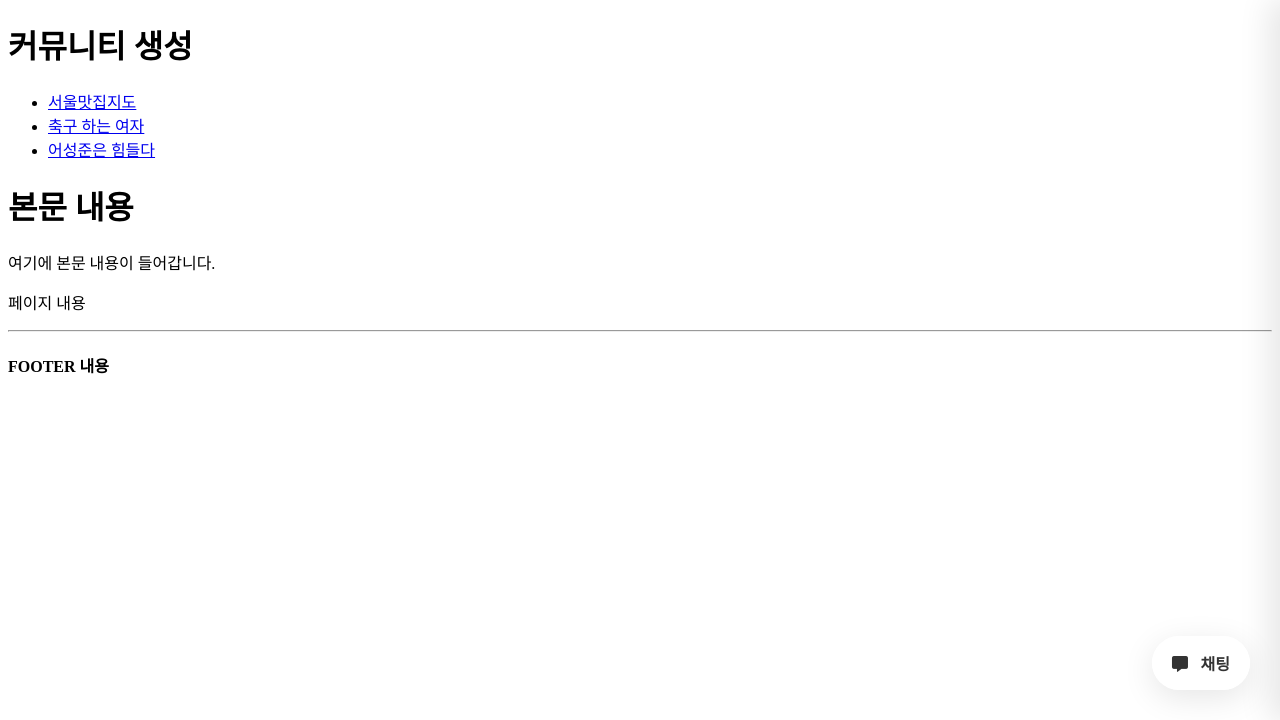
Repository: caramelpopcornKHU/JavaJSPProject
Page: http://localhost/FromJ/
These files come from the project's save history. The page is drawn as it stood at one moment and after the next save; the edit follows.
The browser window is 1280 px wide. The pictures show the whole page.
The page is served by Tomcat 9. Other server files are loaded and not shown.

Above is the page before, as saved 2025-08-17 15:06:06.

### FromJ/src/main/webapp/index.jsp
<%@ page language="java" contentType="text/html; charset=UTF-8"
    pageEncoding="UTF-8"%>
<!DOCTYPE html>
<html>
<head>
	<meta charset="UTF-8">
	<title>FromJ</title>
<style>
.drawer {
  position: fixed;
  top: 0;
  right: -250px; /* 초기에는 숨김 */
  width: 250px;
  height: 100%;
  background-color: #f0f0f0;
  transition: right 0.3s ease; /* 애니메이션 효과 */
  z-index: 100; /* 다른 요소 위에 표시 */
}
.drawer.open {
  right: 0; /* 열렸을 때 위치 */
}
.content {
  right: 0;
  transition: padding-right 0.3s ease;
}
.content.drawer-open {
  padding-right: 250px; /* 드로어가 열렸을 때 콘텐츠 밀어냄 */
}
</style>

</head>
<body>

<!-- 하단 메뉴 버튼 -->
<jsp:include page="header/header.jsp"></jsp:include>

<!-- 본문 메뉴 버튼 -->
<jsp:include page="body/body.jsp"></jsp:include>

<!-- 하단 메뉴 버튼 -->
<jsp:include page="footer/footer.jsp"></jsp:include>

</body>
</html>

### FromJ/src/main/webapp/header/header.jsp
<%@ page language="java" contentType="text/html; charset=UTF-8"
    pageEncoding="UTF-8"%>

<header>
	<h1>커뮤니티 생성</h1>
	<nav>
		<ul>
			<li><a href ="foodheader.jsp">서울맛집지도</a></li>
			<li><a href ="footballMain.jsp">축구 하는 여자</a></li>
			<li><a href ="ESJ.jsp">어성준은 힘들다</a></li>
		</ul>
	</nav>
</header>

### FromJ/src/main/webapp/body/body.jsp
<%@ page language="java" contentType="text/html; charset=UTF-8"
    pageEncoding="UTF-8"%>

 <!--본문내용 -->
<div class="content" id="myContent">
  <h1>본문 내용</h1>
  <p>여기에 본문 내용이 들어갑니다.</p>

<section>
	<p>페이지 내용</p>
</section>
<!-- 메뉴 열기 버튼 -->
<jsp:include page="chat.jsp"></jsp:include>
</div>

### FromJ/src/main/webapp/body/chat.jsp
<%@ page language="java" contentType="text/html; charset=UTF-8" pageEncoding="UTF-8"%>

<!-- 채팅 스타일 -->
<style>
/* 채팅 컨테이너 기본 설정 */
.chat-container {
    font-family: 'Segoe UI', Tahoma, Geneva, Verdana, sans-serif;
}

/* 채팅 메뉴 버튼 */
.chat-menu-toggle {
    position: fixed;
    bottom: 30px; /* 상단에서 하단으로 변경 */
    right: 30px;
    background: rgba(255, 255, 255, 0.9);
    border: none;
    border-radius: 50px;
    padding: 15px 20px;
    cursor: pointer;
    box-shadow: 0 8px 32px rgba(0, 0, 0, 0.1);
    backdrop-filter: blur(10px);
    transition: all 0.3s ease;
    z-index: 1001;
    font-size: 16px;
    font-weight: 600;
    color: #333;
}


.chat-menu-toggle:hover {
    background: rgba(255, 255, 255, 1);
    transform: translateY(-2px);
    box-shadow: 0 12px 40px rgba(0, 0, 0, 0.15);
}

.chat-menu-toggle i {
    margin-right: 8px;
}

/* 채팅 드로어 */
.chat-drawer {
    position: fixed;
    top: 0;
    right: -400px;
    width: 400px;
    height: 100vh;
    background: rgba(255, 255, 255, 0.95);
    backdrop-filter: blur(20px);
    transition: right 0.4s cubic-bezier(0.4, 0, 0.2, 1);
    z-index: 1000;
    box-shadow: -10px 0 30px rgba(0, 0, 0, 0.1);
    display: flex;
    flex-direction: column;
    padding: 0;
}

.chat-drawer.open {
    right: 0;
}

/* 채팅 드로어 헤더 */
.chat-drawer-header {
    background: linear-gradient(135deg, #667eea 0%, #764ba2 100%);
    color: white;
    padding: 40px 30px 30px;
    text-align: center;
    position: relative;
}

.chat-drawer-header h2 {
    font-size: 28px;
    font-weight: 700;
    margin-bottom: 10px;
}

.chat-drawer-header p {
    opacity: 0.9;
    font-size: 16px;
}

/* 드로어 닫기 버튼 */
.close-chat-drawer {
    position: absolute;
    top: 20px;
    right: 20px;
    background: none;
    border: none;
    color: white;
    font-size: 24px;
    cursor: pointer;
    padding: 5px;
    border-radius: 50%;
    transition: background-color 0.3s ease;
}

.close-chat-drawer:hover {
    background: rgba(255, 255, 255, 0.2);
}

/* 드로어 컨텐츠 */
.chat-drawer-content {
    flex: 1;
    padding: 40px 30px;
    display: flex;
    flex-direction: column;
    justify-content: center;
    align-items: center;
}

.chat-form {
    width: 100%;
    max-width: 300px;
}

.input-group {
    margin-bottom: 30px;
}

.input-group label {
    display: block;
    margin-bottom: 12px;
    font-weight: 600;
    color: #333;
    font-size: 16px;
}

.chat-input {
    width: 100%;
    padding: 18px 20px;
    border: 2px solid #e1e5e9;
    border-radius: 25px;
    font-size: 16px;
    outline: none;
    transition: all 0.3s ease;
    background: #fff;
}

.chat-input:focus {
    border-color: #667eea;
    box-shadow: 0 0 0 3px rgba(102, 126, 234, 0.1);
    transform: translateY(-2px);
}

.join-btn {
    width: 100%;
    background: linear-gradient(135deg, #667eea 0%, #764ba2 100%);
    color: white;
    border: none;
    padding: 18px 30px;
    border-radius: 25px;
    font-size: 18px;
    font-weight: 600;
    cursor: pointer;
    transition: all 0.3s ease;
    box-shadow: 0 8px 25px rgba(102, 126, 234, 0.3);
}

.join-btn:hover {
    transform: translateY(-3px);
    box-shadow: 0 12px 35px rgba(102, 126, 234, 0.4);
}

.join-btn:active {
    transform: translateY(-1px);
}

/* 채팅 오버레이 */
.chat-overlay {
    position: fixed;
    top: 0;
    left: 0;
    width: 100%;
    height: 100%;
    background: rgba(0, 0, 0, 0.5);
    z-index: 999;
    opacity: 0;
    visibility: hidden;
    transition: all 0.3s ease;
}

.chat-overlay.show {
    opacity: 1;
    visibility: visible;
}

/* 모바일 대응 */
@media (max-width: 768px) {
    .chat-drawer {
        width: 100vw;
        right: -100vw;
    }

    .chat-menu-toggle {
        top: 20px;
        right: 20px;
        padding: 12px 16px;
        font-size: 14px;
    }

    .chat-drawer-content {
        padding: 30px 20px;
    }
}
</style>

<!-- FontAwesome 아이콘 (이미 로드되어 있지 않은 경우에만) -->
<link href="https://cdnjs.cloudflare.com/ajax/libs/font-awesome/6.0.0/css/all.min.css" rel="stylesheet">

<!-- 채팅 컨테이너 -->
<div class="chat-container">
    <!-- 채팅 메뉴 버튼 -->
    <button class="chat-menu-toggle" onclick="toggleChatDrawer()">
        <i class="fas fa-comment-alt"></i> 채팅
    </button>

    <!-- 채팅 오버레이 -->
    <div class="chat-overlay" id="chatOverlay" onclick="closeChatDrawer()"></div>

    <!-- 채팅 드로어 -->
    <div class="chat-drawer" id="chatDrawer">
        <div class="chat-drawer-header">
            <button class="close-chat-drawer" onclick="closeChatDrawer()">
                <i class="fas fa-times"></i>
            </button>
            <h2><i class="fas fa-users"></i> 채팅 참여</h2>
            <p>닉네임을 입력하고 채팅을 시작하세요</p>
        </div>

        <div class="chat-drawer-content">
            <form class="chat-form" onsubmit="return false;">
                <div class="input-group">
                    <label for="chatId">
                        <i class="fas fa-user"></i> 닉네임
                    </label>
                    <input
                        type="text"
                        id="chatId"
                        class="chat-input"
                        placeholder="사용할 닉네임을 입력하세요"
                        maxlength="10"
                    >
                </div>
                <button type="button" class="join-btn" onclick="chatWinOpen()">
                    <i class="fas fa-sign-in-alt"></i> 채팅방 입장
                </button>
            </form>
        </div>
    </div>
</div>

<script>
// jQuery가 로드되어 있는지 확인
if (typeof jQuery === 'undefined') {
    // jQuery가 없으면 CDN에서 로드
    var script = document.createElement('script');
    script.src = 'https://code.jquery.com/jquery-3.7.0.min.js';
    document.head.appendChild(script);

    script.onload = function() {
        initializeChatFunctions();
    };
} else {
    // jQuery가 이미 있으면 바로 초기화
    $(document).ready(function() {
        initializeChatFunctions();
    });
}

function initializeChatFunctions() {
    // 엔터키로 채팅방 입장
    $('#chatId').keypress(function(e) {
        if (e.which === 13) {
            chatWinOpen();
        }
    });

    // 입력 시 에러 스타일 제거
    $('#chatId').on('input', function() {
        $(this).removeClass('error');
    });

    // ESC 키로 드로어 닫기
    $(document).keydown(function(e) {
        if (e.keyCode === 27) {
            closeChatDrawer();
        }
    });
}

function toggleChatDrawer() {
    var drawer = document.getElementById('chatDrawer');
    var overlay = document.getElementById('chatOverlay');

    if (drawer.classList.contains('open')) {
        closeChatDrawer();
    } else {
        drawer.classList.add('open');
        overlay.classList.add('show');

        // 포커스를 약간 지연시켜 애니메이션과 겹치지 않도록
        setTimeout(function() {
            document.getElementById('chatId').focus();
        }, 400);
    }
}

function closeChatDrawer() {
    var drawer = document.getElementById('chatDrawer');
    var overlay = document.getElementById('chatOverlay');

    drawer.classList.remove('open');
    overlay.classList.remove('show');
}

function chatWinOpen() {
    var idElement = document.getElementById('chatId');
    var id = idElement.value.trim();

    if (id === "") {
        alert("닉네임을 입력해주세요.");
        idElement.focus();
        return;
    }

    if (id.length < 2) {
        alert("닉네임은 2글자 이상 입력해주세요.");
        idElement.focus();
        return;
    }

    // 채팅창 열기 - 경로를 현재 구조에 맞게 수정
    try {
        window.open(
            "body/ChatWindow.jsp?chatId=" + encodeURIComponent(id),
            "chatWindow",
            "width=420,height=680,resizable=yes,scrollbars=no,status=no,menubar=no,toolbar=no,location=no"
        );

        idElement.value = "";
        closeChatDrawer();
    } catch (error) {
        // 팝업이 차단된 경우
        alert("팝업이 차단되었습니다. 브라우저의 팝업 차단을 해제해주세요.");
    }
}
</script>

### FromJ/src/main/webapp/footer/footer.jsp
<%@ page language="java" contentType="text/html; charset=UTF-8"
    pageEncoding="UTF-8"%>
<footer>
	<hr>
	<h4>FOOTER 내용</h4>
</footer>

### FromJ/src/main/webapp/css/drawer.css
:root{
  --bg1:#0f1428;
  --bg2:#1e2547;
  --accent:#38bdf8;
  --accent2:#0ea5e9;
  --text:#ffffff;
  --glass:rgba(56,189,248,.15);
  --stroke:rgba(255,255,255,.2);
  --cx:50vw;
  --cy:50vh;
  --r:0vmax;
}
*{box-sizing:border-box}
html,body{height:100%;margin:0}
body{
  font-family: system-ui, -apple-system, sans-serif;
  color:var(--text);
  background:
    radial-gradient(800px at 20% 20%, #1e40af 0%, transparent 50%),
    radial-gradient(600px at 80% 80%, #0c4a6e 0%, transparent 50%),
    linear-gradient(135deg, var(--bg2), var(--bg1));
  display:grid; place-items:center; overflow:hidden;
}

.center-wrap{position:relative; z-index:2}
.fromj-btn{
  border:0; background:var(--glass); border-radius:20px; padding:24px 36px;
  font-size:26px; font-weight:700; color:var(--text);
  box-shadow: 0 8px 25px rgba(0,0,0,.3), inset 0 0 0 1px var(--stroke);
  backdrop-filter: blur(12px); cursor:pointer;
  transition: all .2s ease; position:relative;
}
.fromj-btn::before{
  content:""; position:absolute; inset:-1px; border-radius:inherit; padding:1px;
  background: conic-gradient(from 180deg, var(--accent), transparent 30%, var(--accent2), transparent 65%, var(--accent));
  -webkit-mask: linear-gradient(#000 0 0) content-box, linear-gradient(#000 0 0);
  -webkit-mask-composite: xor; opacity:.4;
}
.fromj-btn:hover{ transform: translateY(-2px) scale(1.02); box-shadow: 0 15px 40px rgba(0,0,0,.4)}
.fromj-btn:active{ transform: scale(.98) }

.subtxt{margin-top:8px; opacity:.8; font-size:13px; text-align:center}

.menu{
  position:fixed; inset:0; display:grid; place-items:center;
  clip-path: circle(var(--r) at var(--cx) var(--cy));
  transition: clip-path .6s cubic-bezier(.16,1,.3,1);
  pointer-events:none; z-index:10;

  /* 닫힌 동안 완전 숨김 */
  visibility:hidden; opacity:0;
}
.menu::before{
  content:""; position:absolute; inset:0; backdrop-filter: blur(14px);
  background:
    radial-gradient(1000px at 50% 50%, rgba(56,189,248,.12), transparent 60%),
    rgba(15,23,42,.85);
}
.menu-open .menu{
  pointer-events:auto;
  visibility:visible; opacity:1;
}
.menu-open{ --r: 150vmax }

.goo{
  position:relative; z-index:2; filter: url('#gooey');
  width:100vw; height:100vh; display:block;
}

.bubble{
  position:absolute; width:140px; height:140px; border-radius:50%;
  background:
    radial-gradient(100px at 35% 30%, rgba(56,189,248,.4), rgba(14,165,233,.3) 40%, rgba(56,189,248,.15) 70%),
    linear-gradient(135deg, rgba(255,255,255,.1), rgba(56,189,248,.05));
  box-shadow:
    inset 0 0 30px rgba(255,255,255,.1),
    0 25px 35px rgba(0,0,0,.3),
    0 0 0 1px rgba(255,255,255,.15);
  display:flex; align-items:center; justify-content:center; text-align:center;
  color:#1e293b; text-decoration:none; font-weight:700; letter-spacing:.2px;
  cursor:pointer; overflow:hidden;

  /* 초기 상태: 보이지 않음 + 애니 금지 (열릴 때만 등장) */
  opacity:0; transform: translateY(20px) scale(.9);
  animation:none;
}
/* 메뉴 열린 상태에서만 등장 애니 시작 */
.menu-open .bubble{
  animation: rise .7s cubic-bezier(.2,.85,.2,1) forwards;
}

.bubble .label{ font-size:16px; color:#0f172a; font-weight:800 }

.bubble .dot{
  position:absolute; background: rgba(255,255,255,.6); border-radius:50%;
  filter: blur(.5px);
}
.bubble .dot.d1{ width:12px; height:12px; left:10%; top:20%; animation: float 4s ease-in-out infinite }
.bubble .dot.d2{ width:8px; height:8px; right:15%; bottom:25%; animation: float 5s ease-in-out -.5s infinite }
.bubble .dot.d3{ width:6px; height:6px; left:25%; bottom:18%; animation: float 6s ease-in-out -1s infinite }

.ripple{
  position:absolute; border-radius:50%; transform: scale(0); opacity:.8;
  background: radial-gradient(circle, rgba(255,255,255,.8), rgba(56,189,248,.4) 50%, transparent 70%);
  animation: ripple 600ms ease-out forwards; pointer-events:none;
}

.bubble.burst{ animation: burst 400ms cubic-bezier(.16,1,.3,1) forwards }
.bubble.recharge{ animation: recharge 800ms cubic-bezier(.34,1.56,.64,1) forwards; }

.close-hint{ position:fixed; bottom:20px; inset-inline:0; text-align:center; z-index:3; font-size:12px; opacity:.7 }

@keyframes rise{
  from{ transform: translateY(20px) scale(.9); opacity:0 }
  to{ transform: translateY(0) scale(1); opacity:1 }
}
@keyframes float{ 0%,100%{ transform: translate(0,0) } 50%{ transform: translate(0,-6px) } }
@keyframes ripple{ to{ transform: scale(2.5); opacity:0 } }
@keyframes burst{ 0%{ transform: scale(1); opacity:1 } 50%{ transform: scale(1.15); opacity:1 } 100%{ transform: scale(.1); opacity:0 } }
@keyframes recharge{ 0%{ transform: scale(.8) rotate(-10deg); opacity:.6 } 30%{ transform: scale(1.15) rotate(5deg); opacity:.9 } 60%{ transform: scale(.95) rotate(-2deg); opacity:1 } 100%{ transform: scale(1) rotate(0deg); opacity:1 } }

@media (max-width:560px){
  .bubble{ width:110px; height:110px }
  .bubble .label{ font-size:13px }
}

After the next save:
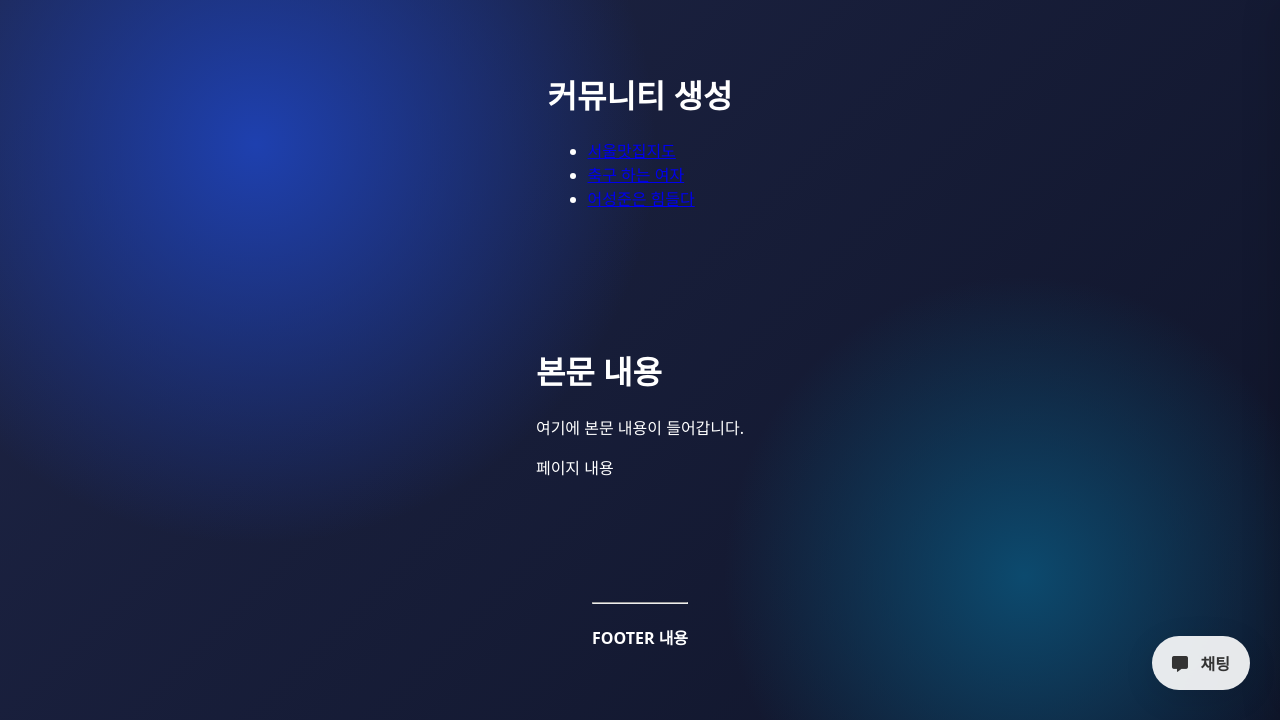
Saved 77 s later.
--- a/FromJ/src/main/webapp/index.jsp
+++ b/FromJ/src/main/webapp/index.jsp
@@ -5,29 +5,7 @@
 <head>
 	<meta charset="UTF-8">
 	<title>FromJ</title>
-<style>
-.drawer {
-  position: fixed;
-  top: 0;
-  right: -250px; /* 초기에는 숨김 */
-  width: 250px;
-  height: 100%;
-  background-color: #f0f0f0;
-  transition: right 0.3s ease; /* 애니메이션 효과 */
-  z-index: 100; /* 다른 요소 위에 표시 */
-}
-.drawer.open {
-  right: 0; /* 열렸을 때 위치 */
-}
-.content {
-  right: 0;
-  transition: padding-right 0.3s ease;
-}
-.content.drawer-open {
-  padding-right: 250px; /* 드로어가 열렸을 때 콘텐츠 밀어냄 */
-}
-</style>
-
+	<link rel="stylesheet" href="css/drawer.css">
 </head>
 <body>
 
